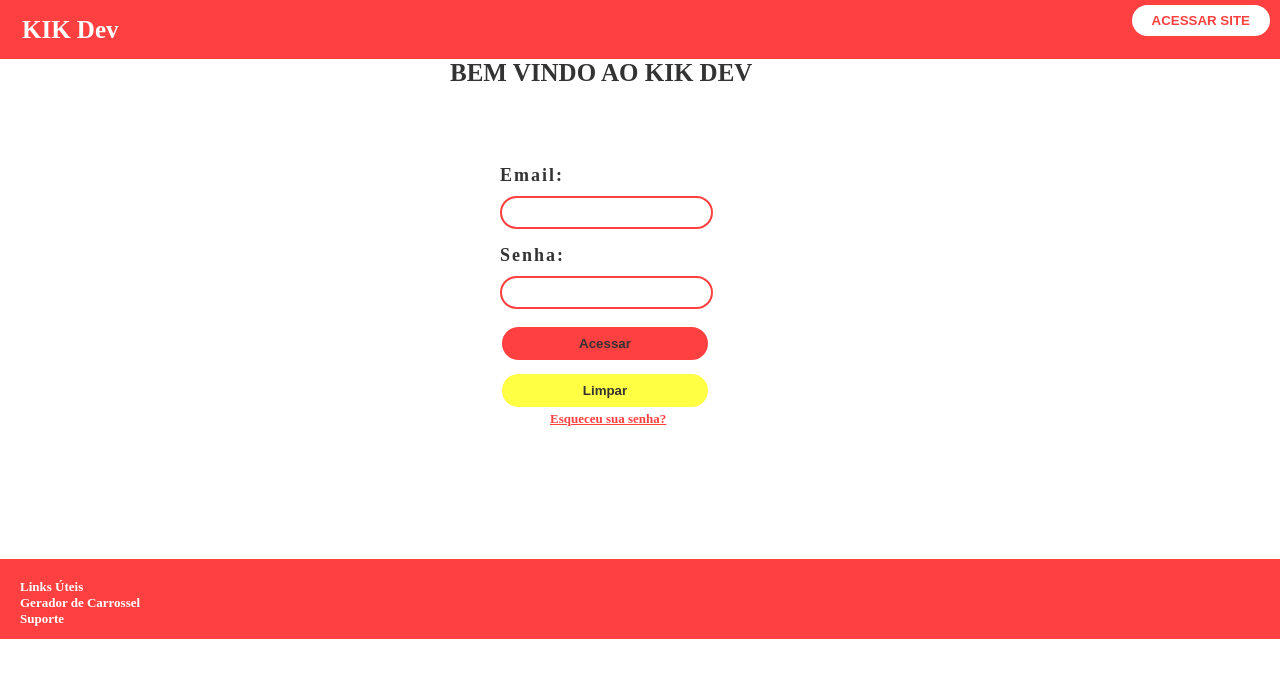
Repository: devgabrielvieira/kikdev
Page: index.html
The author's editor kept a copy of each file at every save. The page is drawn from the files as they stood at one save, then again after the next save.
The browser window is 1280 px wide. The pictures show the whole page.

Above is the page before, as saved 2022-10-30 20:31:04.

After the next save:
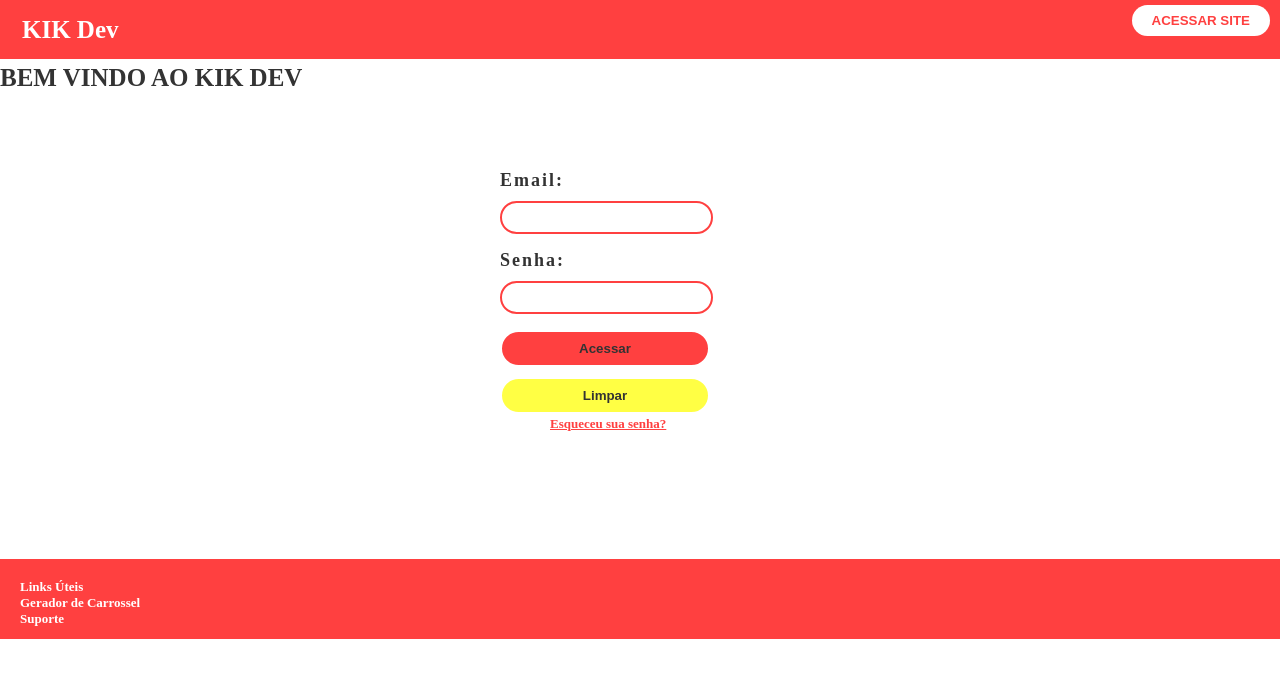
Saved 4 s later.
--- a/style.css
+++ b/style.css
@@ -189,6 +189,6 @@ h3 {
   font-size: 25px;
   width: 100%;
   display: inline-block;
-  margin: 0 5px 0 450px;
+  margin:  5px 0 450px;
   color: #333333;
 }
